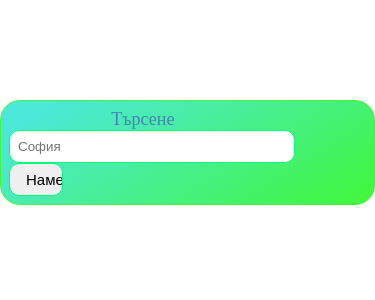
Repository: GeryZlatev/address-search
Page: /
The author's editor kept a copy of each file at every save. The page is drawn from the files as they stood at one save, then again after the next save.
The browser window is 375 px wide. The pictures show the whole page.
The project was rebuilt for these pictures with package versions that can differ from the ones it lists, and the page was loaded fresh each time.

Above is the page before, as saved 2021-04-09 20:42:59.

### public/index.html
<!DOCTYPE html>
<html lang="en">
  <head>
    <meta charset="utf-8" />
    <link rel="icon" href="%PUBLIC_URL%/favicon.ico" />
    <meta name="viewport" content="width=device-width, initial-scale=1" />
    <meta name="viewport" content="width=device-width, initial-scale=1.0">
    <meta name="theme-color" content="#000000" />
    <meta
      name="description"
      content="Web site created using create-react-app"
    />
    <link rel="apple-touch-icon" href="%PUBLIC_URL%/logo192.png" />
    <!--
      manifest.json provides metadata used when your web app is installed on a
      user's mobile device or desktop. See https://developers.google.com/web/fundamentals/web-app-manifest/
    -->
    <link rel="manifest" href="%PUBLIC_URL%/manifest.json" />
    <!--
      Notice the use of %PUBLIC_URL% in the tags above.
      It will be replaced with the URL of the `public` folder during the build.
      Only files inside the `public` folder can be referenced from the HTML.

      Unlike "/favicon.ico" or "favicon.ico", "%PUBLIC_URL%/favicon.ico" will
      work correctly both with client-side routing and a non-root public URL.
      Learn how to configure a non-root public URL by running `npm run build`.
    -->
    <title>React App</title>
  </head>
  <body>
    <noscript>You need to enable JavaScript to run this app.</noscript>
    <div id="root"></div>
    <!--
      This HTML file is a template.
      If you open it directly in the browser, you will see an empty page.

      You can add webfonts, meta tags, or analytics to this file.
      The build step will place the bundled scripts into the <body> tag.

      To begin the development, run `npm start` or `yarn start`.
      To create a production bundle, use `npm run build` or `yarn build`.
    -->
  </body>
</html>

### src/index.css
body {
margin: 100px auto;
}

code {
  font-family: source-code-pro, Menlo, Monaco, Consolas, 'Courier New',
    monospace;
}

### src/App.js

import './App.css';
import SearchBar from './components/SearchBar';

function App() {
  return (
    <div className="App">
      <SearchBar/>
    </div>
  );
}

export default App;

### src/components/SearchBar/SearchBar.js
import style from './SearchBar.module.css';

const SearchBar = () => {

    return (
        <div className={style["searchbar-wrapper"]}>
            <form className={style["search-form"]}>
                <label htmlFor="search">
                    Търсене
                </label>
                    <input
                    type="text"
                    autoComplete="true"
                    placeholder="София"
                    name="search"
                    id="search"
                    />

                <input
                    type="submit"
                    value="Намери"
                />
            </form>
        </div>
    )

}

export default SearchBar;

### src/components/SearchBar/SearchBar.module.css
.searchbar-wrapper {
    max-width: 80%;
    margin: 40px auto;
    padding: 12px;
    /* display: flex;
    justify-content: space-between; */
    background: rgb(66,247,59);
    background: linear-gradient(148deg, rgba(66,247,59,1) 10%, rgba(76,232,217,1) 99%);
    border: 1px solid #42f73b;
    border-radius: 20px;

}

.search-form {
    max-width: 100%;
}

.search-form label {
    min-width: 600px;
    margin: 20px;
    font-size: large;
    font-weight: 400;
    cursor: pointer;
    color: steelblue;

}

.search-form input[type="text"] {
    min-width: 30%;
    width: 60%;
    min-height: 7%;
    margin-right: 20px;
    padding: 8px;
    outline:springgreen;
    border: 1px solid springgreen;
    border-radius: 10px;
}

.search-form input[type="submit"] {
    font-size: 15px;
    font-weight: 100;
    padding: 7px 16px;
    border: 1px solid springgreen;
    border-radius: 10px;
    cursor: pointer;
}

@media only screen and (max-width:620px) {
    .searchbar-wrapper {
    max-width: 90vh;
    padding: 8px;
    background: rgb(66,247,59);
    background: linear-gradient(148deg, rgba(76,232,217,1) 10%, rgba(66,247,59,1) 99%);
    }

    .search-form {
    max-width: 75%;
    /* display: flex;
    justify-content: space-between;
    align-items: center; */
}

.search-form input[type="text"] {
    width: 100%;
}

.search-form input[type="submit"]  {
    display: block;
    width: 20%;
}
}

Loaded but not shown: src/index.js (common file); src/reportWebVitals.js (common file); src/App.css (common file); src/components/SearchBar/index.js (common file)

After the next save:
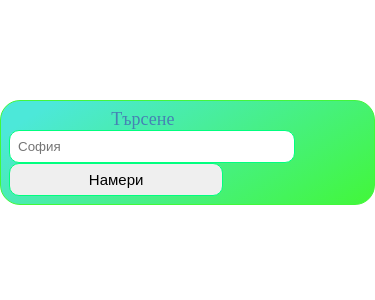
Saved 25 s later.
--- a/src/components/SearchBar/SearchBar.module.css
+++ b/src/components/SearchBar/SearchBar.module.css
@@ -66,6 +66,6 @@
 
 .search-form input[type="submit"]  {
     display: block;
-    width: 20%;
+    width: 80%;
 }
 }
